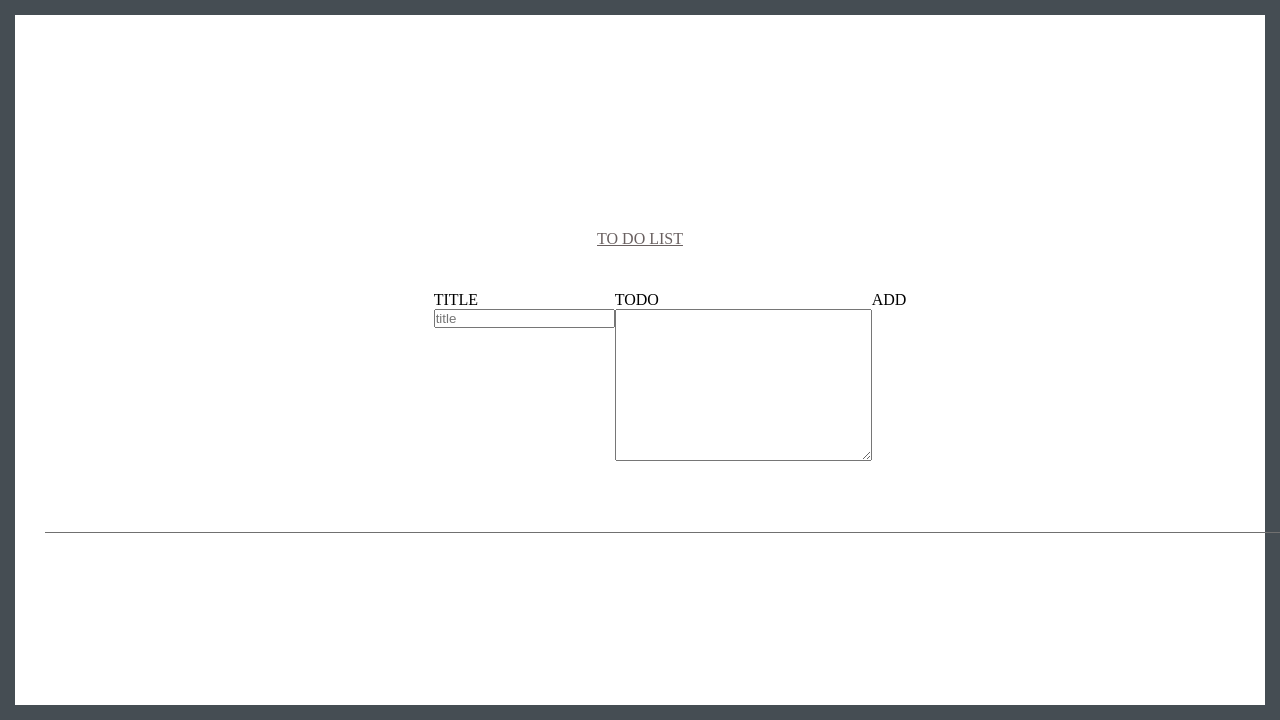
Repository: NagataRyuji0630/shinjin-otameshi
Page: todo_white_board.html
These files come from the project's save history. The page is drawn as it stood at one moment and after the next save; the edit follows.
The browser window is 1280 px wide. The pictures show the whole page.

Above is the page before, as saved 2020-06-11 22:31:31.
Not found: todoWhiteBoard.js

### todo_white_board.html
<!DOCTYPE html>
<html lang="ja">

<head>
    <meta charset="UTF-8">
    <meta name="viewport" content="width=device-width, initial-scale=1.0">
    <meta http-equiv="X-UA-Compatible" content="ie=edge">
    <link rel="stylesheet" href="./todo_white_board.css">
    <script src="./constants.js"></script>
    <script src="./domAction.js"></script>
    <script src="./todoWhiteBoard.js"></script>
    <title>Todo White Board</title>
</head>

<body>
    <div class="white_board">

        <div id="board_title_container">
            <div id="board_title">TO DO LIST</div>
        </div>

        <div id="form_container">

            <div class="input_container">
                <div class="input_title">TITLE</div>
                <input id="todo_title" type="text" placeholder="title" />
            </div>

            <div class="input_container">
                <div class="input_title">TODO</div>
                <textarea id="todo_detail" cols="30" rows="10"></textarea>
            </div>

            <div id="btn_container">
                <div class="red_btn btn">
                    <div class="btn_text">ADD</div>
                </div>
            </div>
        </div>

        <div id="todo_list_container"></div>
    </div>
</body>

</html>

### todo_white_board.css
* {
    margin: 0px;
    padding: 0px;
    box-sizing: border-box;
}

body, html {
    width: 100%;
    height: 100%;
    font-size: 16px;
    overflow-x: hidden;
}

.white_board {
    width: 100%;
    height: 100%;
    border: 15px solid #454D53;
    display: flex;
    justify-content: center;
    flex-direction: column;
}

#board_title_container {
    width: auto;
    height: 15%;
    display: flex;
    justify-content: center;
    align-items: center;
}

#board_title {
    text-align: center;
    text-decoration: underline;
    font: Bold 50px;
    letter-spacing: 0px;
    color: #696060;
}

#form_container {
    width: 100%;
    height: 35%;
    border-bottom: 1px solid #707070;
    display: flex;
    justify-content: center;
    margin-left: 30px;
}

Loaded but not shown: constants.js (no stored copy; drawn as an empty file); domAction.js (no stored copy; drawn as an empty file)

After the next save:
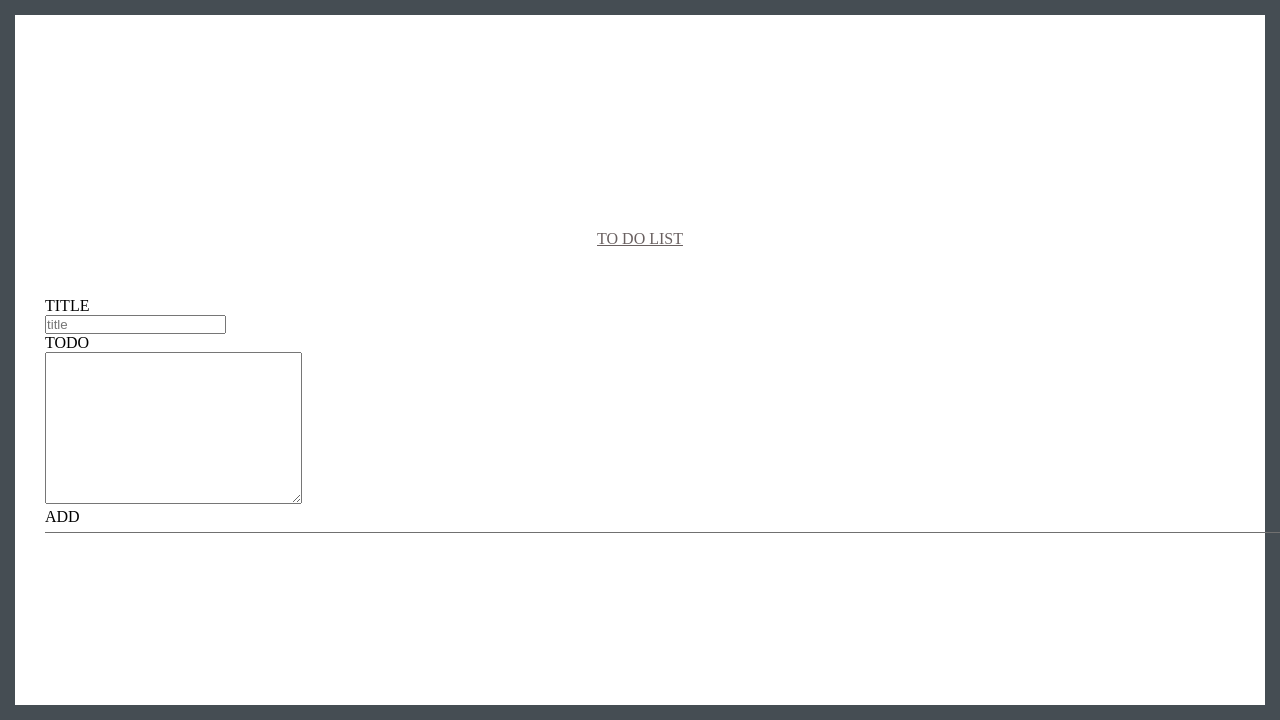
Saved 23 s later.
--- a/todo_white_board.css
+++ b/todo_white_board.css
@@ -39,8 +39,9 @@
 #form_container {
     width: 100%;
     height: 35%;
+    margin-left: 30px;
     border-bottom: 1px solid #707070;
     display: flex;
     justify-content: center;
-    margin-left: 30px;
+    flex-direction: column;
 }
